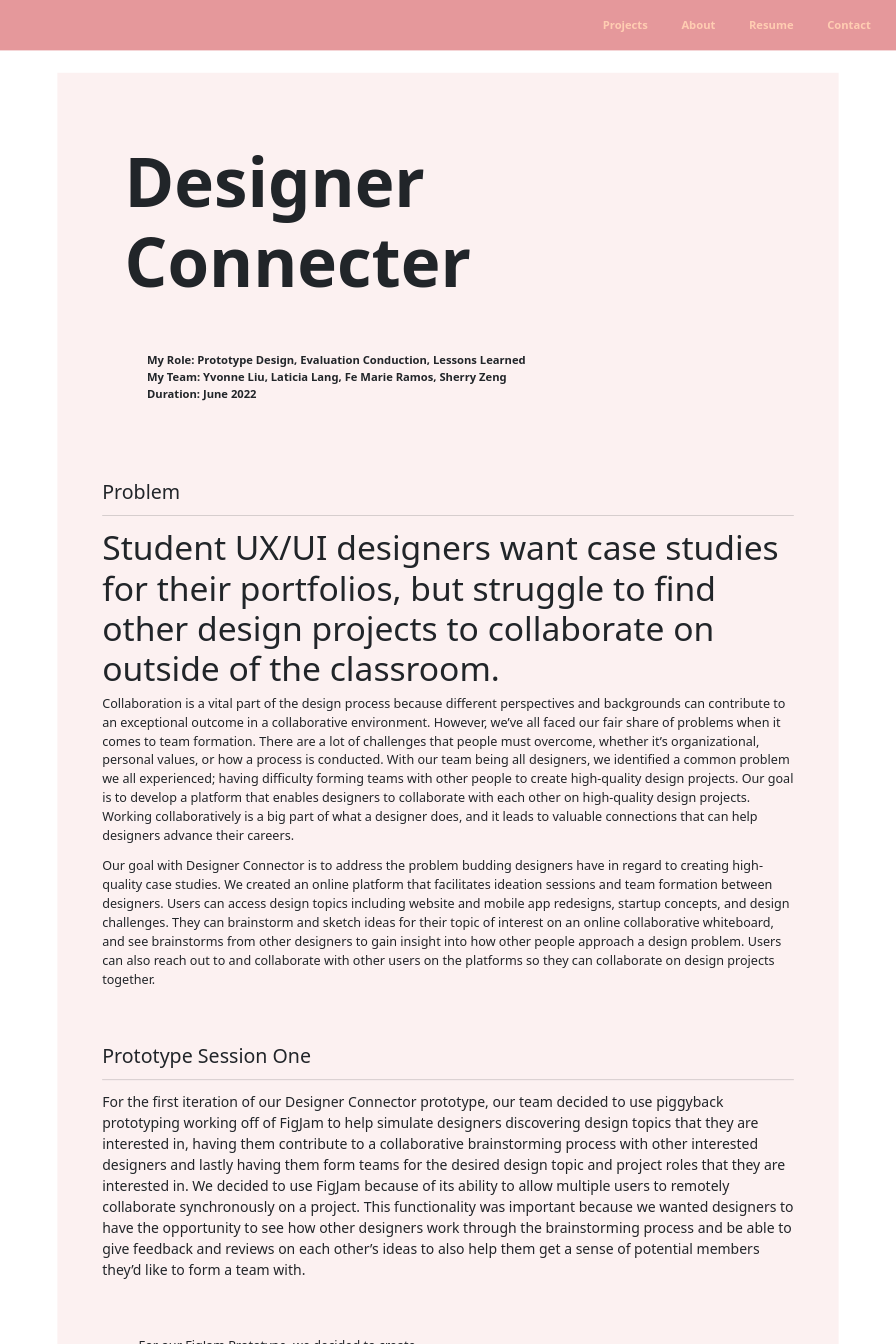
Repository: thais-chen/Portfolio
Page: designer.html
An editor plug-in stored every save of this project. The page is shown before and after a run of saves, followed by the edit.
The browser window is 1280 px wide. The pictures show the part of the page from y = 0 to 1920 px (the page is 11273 px tall), at 70% of full size.
A picture or video elsewhere on the page could not be fetched, so the positions and the page height are approximate.

Above is the page before, as saved 2022-06-21 03:11:06.

### designer.html
<!DOCTYPE html>
<!--[if lt IE 7]>      <html class="no-js lt-ie9 lt-ie8 lt-ie7"> <![endif]-->
<!--[if IE 7]>         <html class="no-js lt-ie9 lt-ie8"> <![endif]-->
<!--[if IE 8]>         <html class="no-js lt-ie9"> <![endif]-->
<!--[if gt IE 8]>      <html class="no-js"> <!--<![endif]-->
<html>
    <head>
        <meta charset="utf-8">
        <meta http-equiv="X-UA-Compatible" content="IE=edge">
        <title></title>
        <meta name="description" content="">
        <meta name="viewport" content="width=device-width, initial-scale=1">
        <link href="https://cdn.jsdelivr.net/npm/bootstrap@5.2.0-beta1/dist/css/bootstrap.min.css" rel="stylesheet"
        integrity="sha384-0evHe/X+R7YkIZDRvuzKMRqM+OrBnVFBL6DOitfPri4tjfHxaWutUpFmBp4vmVor" crossorigin="anonymous">
        <link rel="stylesheet" href="designer.css">
    </head>
    <body>
       <header>

        <nav>
            <div class="container-fluid">
                <ul class="nav justify-content-end">

                    <li class="nav-item"><a href="#projects"> Projects</a></li>
                    <li class="nav-item"><a href="#about"> About</a> </li>
                    <li class="nav-item"><a href="#projects"> Resume</a></li>
                    <li class="nav-item "><a href="#contact"> Contact</a></li>
                </ul>
        </nav>
        </div>




       </header>
       <main class="container">


        <div class="process">
            <div>

                <div class="col">
                    <h1> Designer <br> Connecter</h1>

                </div>
                <div class=" modal-dialog modal-dialog-centered">
                        <ul>
                            <li>My Role: Prototype Design, Evaluation Conduction, Lessons Learned </li>
                            <li>My Team: Yvonne Liu, Laticia Lang, Fe Marie Ramos, Sherry Zeng</li>
                            <li>Duration: June 2022 </li>
                        </ul>


                </div>
            </div>
        <div class="setting-prob   ">
            <h3> Problem</h3>
            <hr>

            <h3 class="display-5">
                Student UX/UI designers want case studies for their portfolios, but struggle to find other design projects to collaborate on outside of the classroom.
            </h3>
            <p>
                Collaboration is a vital part of the design process because different perspectives and backgrounds can contribute to an exceptional outcome in a collaborative environment. However, we’ve all faced our fair share of problems when it comes to team formation. There are a lot of challenges that people must overcome, whether it’s organizational, personal values, or how a process is conducted. With our team being all designers, we identified a common problem we all experienced; having difficulty forming teams with other people to create high-quality design projects. Our goal is to develop a platform that enables designers to collaborate with each other on high-quality design projects. Working collaboratively is a big part of what a designer does, and it leads to valuable connections that can help designers advance their careers.
            </p>
            <p>
                Our goal with Designer Connector is to address the problem budding designers have in regard to creating high-quality case studies. We created an online platform that facilitates ideation sessions and team formation between designers. Users can access design topics including website and mobile app redesigns, startup concepts, and design challenges. They can brainstorm and sketch ideas for their topic of interest on an online collaborative whiteboard, and see brainstorms from other designers to gain insight into how other people approach a design problem. Users can also reach out to and collaborate with other users on the platforms so they can collaborate on design projects together.
            </p>
        </div>
            <div class="proto-one">
                <h3>Prototype Session One</h3>
                <hr>
                <p class="lead">
                    For the first iteration of our Designer Connector prototype, our team decided to use piggyback prototyping working off of FigJam to help simulate designers discovering design topics that they are interested in, having them contribute to a collaborative brainstorming process with other interested designers and lastly having them form teams for the desired design topic and project roles that they are interested in. We decided to use FigJam because of its ability to allow multiple users to remotely collaborate synchronously on a project. This functionality was important because we wanted designers to have the opportunity to see how other designers work through the brainstorming process and be able to give feedback and reviews on each other’s ideas to also help them get a sense of potential members they’d like to form a team with.
                </p>

               <div class="row">
                <div class="col">
                    <p>
                        For our FigJam Prototype, we decided to create a brainstorming process that focuses on having designers sketch their design ideas out based on provided topics that were provided by our team. We came up with five topics which all required the designers to come up with ideas for specified topics such as designing a dog-walking app or redesigning the Canvas website.
                    </p>
                </div>
                <div class="col">
                    <img class="img-fluid" src="images/designer/prototype1a.png">
                </div>
               </div>


                <p>We had designers rotate through four rounds so that each group of designers can create sketches for all four topics. Each round was timed so that designers only had two minutes to get their ideas down. After the rounds of sketches were completed, we had all designers take some time to review each other’s work and leave heart stamps for the ideas they found interesting.</p>

                    <center>
                        <img class="img-fluid" src="images/designer/p1b.png">
                        <figcaption  class="lead"> Here is an example of a design topic that participants worked on — they were tasked with sketching out their ideas for an app that promotes sustainability</figcaption  class="lead">

                     <img class="img-fluid" src="images/designer/a1c.png">
                        <figcaption  class="lead"> Participants were given the freedom to sign their names up on a first-come-first-serve basis for their desired design topic and team role </figcaption  class="lead">
                    </center>



                <p>
                    After having designers reflect on and review each other’s designs, we then proceeded onto the team formation part of the prototype that was conducted on Google Sheets. Here we gave designers the freedom to sign-up for their desired topic and project roles on their own.
                </p>

            </div>
            <div class="proto-two">
                <h3>Prototype Session Two</h3>
                <hr>
                <p>
                    For the second iteration of the Designer Connector prototype, we made improvements based on the feedback we received from the first round of prototyping.
                </p>
                <img class="img-fluid" src="images/designer/2a.png">
                <figcaption  class="lead">The 2nd iteration of our prototype was more organized in terms of layout which makes for a more streamlined brainstorming process</figcaption  class="lead">
                <p>
                    For this improved version, we kept the design brainstorm concept fairly the same; however, major changes were made to the layout of the brainstorming process and we also included a better design topic basis for designers to work off of rather than having them come up with entirely new design concepts. We changed the layout of the prototype for the sake of organization purposes so groups of designers know exactly where they need to go and which topic they would need to be working on. We also cut down the number of rounds from 4 to 3 and also focused on 3 design topics that required participants to redesign a specific website with a purpose in mind such as redesigning Craigslist for easier navigation.
                </p>
                <img class="img-fluid" src="images/designer/2b.png">
                <figcaption  class="lead">Here is an example of one of the design topics that participants were tasked with conducting their brainstorms on. They used a combination of sketches and comments to highlight any changes they wanted to make in their redesign.</figcaption  class="lead">

                <p>
                    Instead of having designers sketch out their ideas from scratch, for this version we decided to base the design topics on real websites and provided designers with screenshots of a webpage for them to mark up and make comments on for them to indicate their brainstorming ideas. Providing them with a screenshot of a webpage to work off of, allows the designers to pinpoint exactly where on the page they want to make the redesign changes and explain their idea with FigJam’s comment feature.
                </p>
                <div class="row">
                    <div class="col-8">
                    <p> After the brainstorming session was completed, we then had designers move on to the team formation section of our
                        prototype. Here we used Discord to simulate a live voice chat feature so that participants could join chats based on
                        their design topic of interest, network with other interested designers, and ultimately end up forming teams and
                        settling on project roles after getting to know each other more. For the purpose of this prototyping session, we
                        capped the number of participants that could enter a voice channel so that teams would be even and designers could
                        see if their first choice in design topic or role is taken and would have to move on to their second choice. </p>
                        <p>
                        Participants were directed to join voice channels on Discord based on their desired design topic (step 1) and then break
                        up into smaller groups (step 2) to form teams and choose their desired project role. </p>
                    </div>
                    <div class="col">
                        <img class="img-fluid" src="images/designer/2c.png">

                    </div>
                </div>
                <p>
                    After the brainstorming session was completed, we then had designers move on to the team formation section of our prototype. Here we used Discord to simulate a live voice chat feature so that participants could join chats based on their design topic of interest, network with other interested designers, and ultimately end up forming teams and settling on project roles after getting to know each other more. For the purpose of this prototyping session, we capped the number of participants that could enter a voice channel so that teams would be even and designers could see if their first choice in design topic or role is taken and would have to move on to their second choice.
                </p>
                <img class="img-fluid" src="images/designer/2d.png">
                <figcaption  class="lead"> After networking with other designers on Discord and breaking themselves up into teams, participants were prompted to sign their names up for their desired team and role on Google Sheets.</figcaption  class="lead">
                <p>
                    Lastly, after having designers talk amongst themselves on Discord, we then had them go onto a Google Sheet to sign up for their desired teams and project roles that they should have discussed with other members in the voice chats. For purposes of promoting further communication between formed teams, we had designers include their e-mail address information so that they could contact their respective team members on their own afterward.
                </p>
            </div>
            <div class="final-proto">


                        <p>
                            Based on the results of the previous two prototyping sessions, our team was able to use the data collected from feedback to create an actual prototype of our website on Figma. Our vision for Designer Connector is for it to be a website that designers use to discover design topics, brainstorm their ideas, collaborate with other designers, and ultimately use to help them form teams to work on a design project of their interest.
                        </p>


                        <img class="img-fluid" src="images/designer/3a.png" >
                        <p>
                            Users will be required to create an account to use the website. By requiring users to create accounts, we reduce the number of trolls on the website and promote interaction and collaboration with other users.
                        </p>
                        <center>
                            <img class="img-fluid" src="images/designer/3b.gif">
                            <img class="img-fluid" src="images/designer/3c.gif">
                        </center>

                        <p>
                            Users can browse through different design topics posted by users from around the world. They can brainstorm and sketch ideas for their topic of interest on an online collaborative whiteboard, and view other peoples’ comments on the same topic.
                        </p>
                        <img class="img-fluid" src="images/designer/3d.gif">
                        <p>Once users have engaged in brainstorming sessions and viewed other users’ designs, they can sign up to work on their desired topic. To ensure a well-rounded team, teams are comprised of different roles (UI/UX Designer, UX researcher, programmer, etc). </p>


            </div>
            <div class="eval">
                <h2> Evaluation Sessions</h2>
                <hr>
                <div class="row">
                    <div class="col">
                        <h4>
                            How did we conduct evaluations?

                        </h4>
                        <p>
                            During both rounds of prototyping, we observed participants’ behavior and how they interacted with our prototype. After both sessions, we administered surveys to ask for feedback. Surveys sought to uncover the effectiveness of our prototype in a) helping groups brainstorm and decide on a topic to work on and b) forming teams with other students. We also wanted to identify pain points and areas of confusion so that we could improve our prototype.
                        </p>
                    </div>
                    <div class="col">
                        <h4>
                            Key Lessons Learned
                        </h4>
                        <p>
                            Overall, we received positive responses to our prototype. Participants indicated that brainstorming for different topics on Figjam helped them rapidly produce ideas and decide what topic they wanted to do. Notably, users expressed that being able to see other peoples’ ideas and brainstorms was helpful and provided useful insight into how to approach a design problem.
                        </p>
                     </div>
                </div>
                    <center>   <img class="img-fluid" src="images/designer/4a.png" >
                        <figcaption  class="lead">Criticisms and suggestions we got from our participants

                    </figcaption  class="lead"> </center>

            </div>
            <div class="reflection">
                <h2> Reflection</h2>
                <hr>
                <p>
                    Students are eager to collaborate with each other but have trouble getting the ball rolling and expressing their ideas. Designer Connector aims to bring together individuals with the interest of collaborating on a project together, by helping them choose an appropriate role and brainstorm creative ideas through sketching and commenting on ideas with like-minded designers. We do not know if people will have a pleasant experience collaborating with their group mates, whether issues will arise, or if they will all contribute equally to the project. However, civilized discussion amongst group mates is likely to lead to a peaceful resolution, and active practice in resolving conflicts will strengthen one’s ability to work in a group. Designer Collector remains a solid resource for those looking to find others to collaborate with on design projects.
                </p>
            </div>
        </div>
       </main>
        <script src="" async defer></script>
    </body>
</html>

### designer.css
header{
    background-color: #e5989b;

}
ul{
    list-style: none;
}
li{
    font-weight: 600;
}
h1{
font-weight: 800;
font-size: 6rem;
}
body{
    background-color: #FFFFFF;
}
.container div{
    padding: 2rem;
}

.bg{
    background-color: #e5989b23;
}

p{
   font-size: large;
}
.process{
    background-color:  #e5989b23;
}

.container{
    margin-top: 2rem;
}
img{
    padding: 2rem;
}
/*navbar*/
.nav li{
    padding: 1.5rem;
}

a:link {  color: #ffcdb2; text-decoration: none;}


a:visited {  color: #ffcdb2; text-decoration: none; }


a:hover {
  color: white;
}

After the next 3 saves:
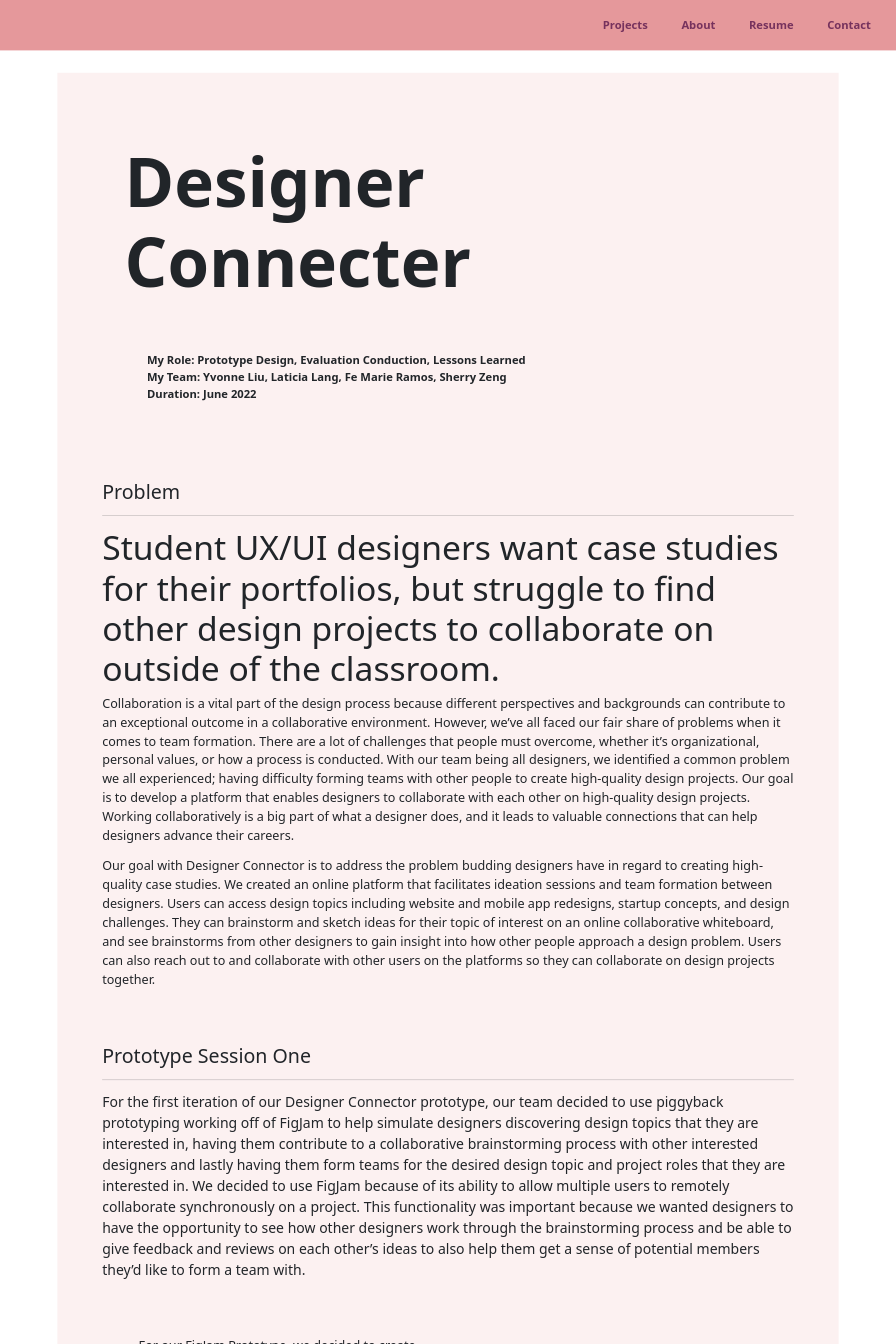
The 3 saves are shown as one change because they came seconds apart.
The last was saved 13 s later.
--- a/designer.css
+++ b/designer.css
@@ -41,7 +41,7 @@ img{
     padding: 1.5rem;
 }
 
-a:link {  color: #ffcdb2; text-decoration: none;}
+a:link {  color: #76325d; text-decoration: none;}
 
 
 a:visited {  color: #ffcdb2; text-decoration: none; }
